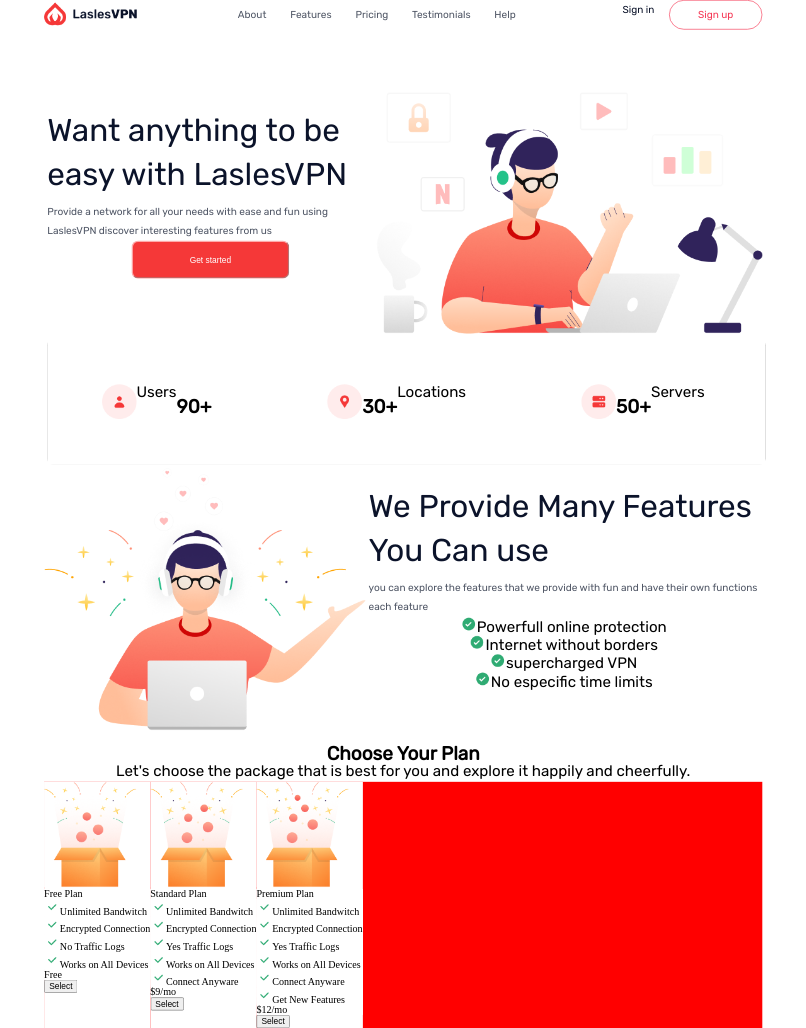
Repository: RaphaelMatheus-br/LP-251123
Page: index.html
The author's editor kept a copy of each file at every save. The page is drawn from the files as they stood at one save, then again after the next save.
The browser window is 1280 px wide. The pictures show the whole page, at 63% of full size.

Above is the page before, as saved 2023-11-25 16:13:34.

### index.html
<!DOCTYPE html>
<html lang="en">

<head>
    <meta charset="UTF-8">
    <meta name="viewport" content="width=device-width, initial-scale=1.0">
    <title>Document</title>
    <link rel="stylesheet" href="style.css">
    <link rel="preconnect" href="https://fonts.googleapis.com">
<link rel="preconnect" href="https://fonts.gstatic.com" crossorigin>
<link href="https://fonts.googleapis.com/css2?family=Rubik&display=swap" rel="stylesheet">
</head>

<body>

<section class="container">
    <header class="header">
        <div class="logo">
            <img src="./imagens/Logo.png" alt="logo">
        </div>
        <div class="item1">
            <a href="#" class="item">About</a>
	        <a href="#" class="item">Features</a>
	        <a href="#" class="item">Pricing</a>
            <a href="#" class="item">Testimonials</a>
            <a href="#" class="item">Help</a>
        </div>
        <div class="item2">
            <div class="head__botao">
                <button class="botao1">Sign in</a>
            </div>
            <div class="head__botao--2">
                <button class="botao2">Sign up</a>
            </div>
        </div>
    </header>
</section>

<section class="container flex">
    <div class="box1">
        <div class="item">
            <h1 class="sobre__titulo">Want anything to be easy with LaslesVPN</h1>
            <p class="sobre__descricao">Provide a network for all your needs with ease and fun using LaslesVPN discover interesting features from us</p>
            <button class="sobre__botao">Get started</button>
        </div>
        <div class="img">
            <img src="./imagens/Illustration 1.png" alt="ilutracao__1">
        </div>
    </div>
</section>

<section class="container">
    <div class="item">
        <div class="rectangle">
            <div class="icons">
                <div class="user">
                    <img src="./imagens/user.png" alt="user__img">
                    <p class="p__user">Users</p>
                    <h1 class="sobre__user">90+</h1>
                </div>
                <div class="location">
                    <img src="./imagens/location.png" alt="location">
                    <h1 class="sobre__location">30+</h1>
                    <p class="p__location">Locations</p>
                </div>
                <div class="server">
                    <img src="./imagens/Server.png" alt="server">
                    <h1 class="sobre__server">50+</h1>
                    <p class="p__server">Servers</p>
                </div>
            </div>
        </div>
    </div>
</section>

<section class="container flex">
    <div class="box2">
            <div class="img">
                <img src="./imagens/Illustration 2.png" alt="ilutracao__2">
            </div>

            <div class="item">
                <h1 class="sobre__titulo">We Provide Many Features You Can use</h1>
                <p class="sobre__descricao">you can explore the features that we provide with fun and have their own functions each feature</p>
                <ul class="list">
                    <li><img src="./imagens/check.png" alt="check">Powerfull online protection</img></li>
                    <li><img src="./imagens/check.png" alt="check">Internet without borders</img></li>
                    <li><img src="./imagens/check.png" alt="check">supercharged VPN</img></li>
                    <li><img src="./imagens/check.png" alt="check">No especific time limits</img></li>
                </ul>
            </div>
    </div>
</section>

<section class="container flex" class="sessao__tres">
    <div class="item">
        <div class="choose__plan">
            <h1>Choose Your Plan</h1>
            <p>Let's choose the package that is best for you and explore it happily and cheerfully.</p>
        </div>
    </div>
</section>

<section class="container">
    <div class="box3">
        <div class="free plan">
            <img src="./imagens/Free.png" alt="free">
            <h3>Free Plan</h3>
            <ul>
                <li><img src="./imagens/jam_check.png">Unlimited Bandwitch</li>
                <li><img src="./imagens/jam_check.png">Encrypted Connection</li>
                <li><img src="./imagens/jam_check.png">No Traffic Logs</li>
                <li><img src="./imagens/jam_check.png">Works on All Devices</li>
            </ul>
            <h2>Free</h2>
            <button class="price__botao">Select</button>
        </div>

        <div class="Standard plan">
            <img src="./imagens/Standard.png" alt="standard">
            <h3>Standard Plan</h3>
            <ul>
                <li><img src="./imagens/jam_check.png">Unlimited Bandwitch</li>
                <li><img src="./imagens/jam_check.png">Encrypted Connection</li>
                <li><img src="./imagens/jam_check.png">Yes Traffic Logs</li>
                <li><img src="./imagens/jam_check.png">Works on All Devices</li>
                <li><img src="./imagens/jam_check.png">Connect Anyware</li>
            </ul>
            <h2>$9/mo</h2>
            <button class="price__botao">Select</button>
        </div>

        <div class="Premium plan">
            <img src="./imagens/Premium.png" alt="premium">
            <h3>Premium Plan</h3>
            <ul>
                <li><img src="./imagens/jam_check.png">Unlimited Bandwitch</li>
                <li><img src="./imagens/jam_check.png">Encrypted Connection</li>
                <li><img src="./imagens/jam_check.png">Yes Traffic Logs</li>
                <li><img src="./imagens/jam_check.png">Works on All Devices</li>
                <li><img src="./imagens/jam_check.png">Connect Anyware</li>
                <li><img src="./imagens/jam_check.png">Get New Features</li>
            </ul>
            <h2>$12/mo</h2>
            <button class="price__botao">Select</button>
        </div>
    </div>
</section>

</body>
</html>

### style.css
html, body, div, span, applet, object, iframe,
h1, h2, h3, h4, h5, h6, p, blockquote, pre,
a, abbr, acronym, address, big, cite, code,
del, dfn, em, img, ins, kbd, q, s, samp,
small, strike, strong, sub, sup, tt, var,
b, u, i, center,
dl, dt, dd, ol, ul, li,
fieldset, form, label, legend,
table, caption, tbody, tfoot, thead, tr, th, td,
article, aside, canvas, details, embed,
figure, figcaption, footer, header, hgroup,
menu, nav, output, ruby, section, summary,
time, mark, audio, video {
	margin: 0;
	padding: 0;
	border: 0;
	font-size: 100%;
	font: inherit;
	vertical-align: baseline;
    background: white;
}
/* HTML5 display-role reset for older browsers */
article, aside, details, figcaption, figure,
footer, header, hgroup, menu, nav, section {
	display: block;
}
body {
	line-height: 1;
}

ol, ul {
	list-style: none;
}
blockquote, q {
	quotes: none;
}
blockquote:before, blockquote:after,
q:before, q:after {
	content: '';
	content: none;
}
table {
	border-collapse: collapse;
	border-spacing: 0;
}

.container {
    max-width: 1140px;
    margin: 0 auto;
    position: relative;
}

.header {
    display: flex;
    justify-content: space-between;
    align-items: center;
    width: 100%;
}
/* Flex Item */
.item {
	margin: 5px;
	text-align: center;
	font-size: 1.5em;
    font-family: Rubik;
}

.item1 {
    display:flex;
    align-items: center;
    justify-content: space-between;
    max-width: 451px;
    width: 100%;
}

.item1 a{
    color: #4F5665;
    font-family: Rubik;
    font-size: 16px;
    font-style: normal;
    font-weight: 400;
    line-height: normal;
    text-decoration: none;
}

.item2 {
display: flex;
justify-content: space-between;
max-width: 233px;
width: 100%;
}

.botao1 {
    color: #0B132A;
    font-family: Rubik;
    font-size: 16px;
    font-style: normal;
    font-weight: 500;
    line-height: normal;
    background-color: transparent;
    border: none;
}

.botao2{
    color: #F53855;
    font-family: Rubik;
    font-size: 16px;
    font-style: normal;
    font-weight: 500;
    line-height: normal;
    padding: 13px 45px;
    border-radius: 50px;
    border: 1px solid #F53855;
    background-color: transparent;
}

.head__botao {
    margin: 5px;
	text-align: center;
	font-size: 0.8em;
    font-weight: 700;
}

.head__botao a {
    color: #4F5665;
    font-family: Rubik;
    font-size: 16px;
    font-style: normal;
    font-weight: 400;
    line-height: normal;
    text-decoration: none;
}

h1 {
	text-align: center;
	margin: 20px 0 0 0;
	font-size: 1.25em;
	font-weight: 700;
}

.box1 {
    display: flex;
    margin-top: 100px;
}

.box2 {
    display: flex;
}

.sobre__titulo {
    font-weight: 700;
    color: #0B132A;
    font-family: Rubik;
    font-size: 50px;
    font-style: normal;
    font-weight: 500;
    line-height: 70px;
    text-align: left;
}

.sobre__descricao {
    color: #4F5665;
    font-family: Rubik;
    font-size: 16px;
    font-style: normal;
    font-weight: 400;
    line-height: 30px; /* 187.5% */
    text-align: left;
    margin-top: 10px;
}

.sobre__botao {
width: 250px;
height: 60px;
flex-shrink: 0;
border-radius: 10px;
border-color: rgba(255, 193, 193, 0.842);
background: #F53838;
color: white;
}

.rectangle {
display: flex;
width: 1140px;
height: 200px;
flex-shrink: 0;
border-radius: 10px;
background: gray;
border-color: white;
justify-content: space-between;
}

.icons {
width: 100%;
height: 100%;
flex-shrink: 0;
display: flex;
align-items: center;
position: absolute;
max-width: 100%;
justify-content: space-around;
background-color: none;
}

.user {
display: flex;;
margin-right: 20px;
margin-left: 10px;
}

.location {
display: flex;;
margin-right: 20px;
margin-left: 10px;
}

.server {
display: flex;;
margin-right: 20px;
margin-left: 10px;
}

.item__dois {
    flex-direction: row-reverse;
}

.sessao__tres{
    background-color: grey;
    align-content: center;
    padding-top: 50px;
}

.box3 {
    display: flex;
    background-color: red;
}

After the next save:
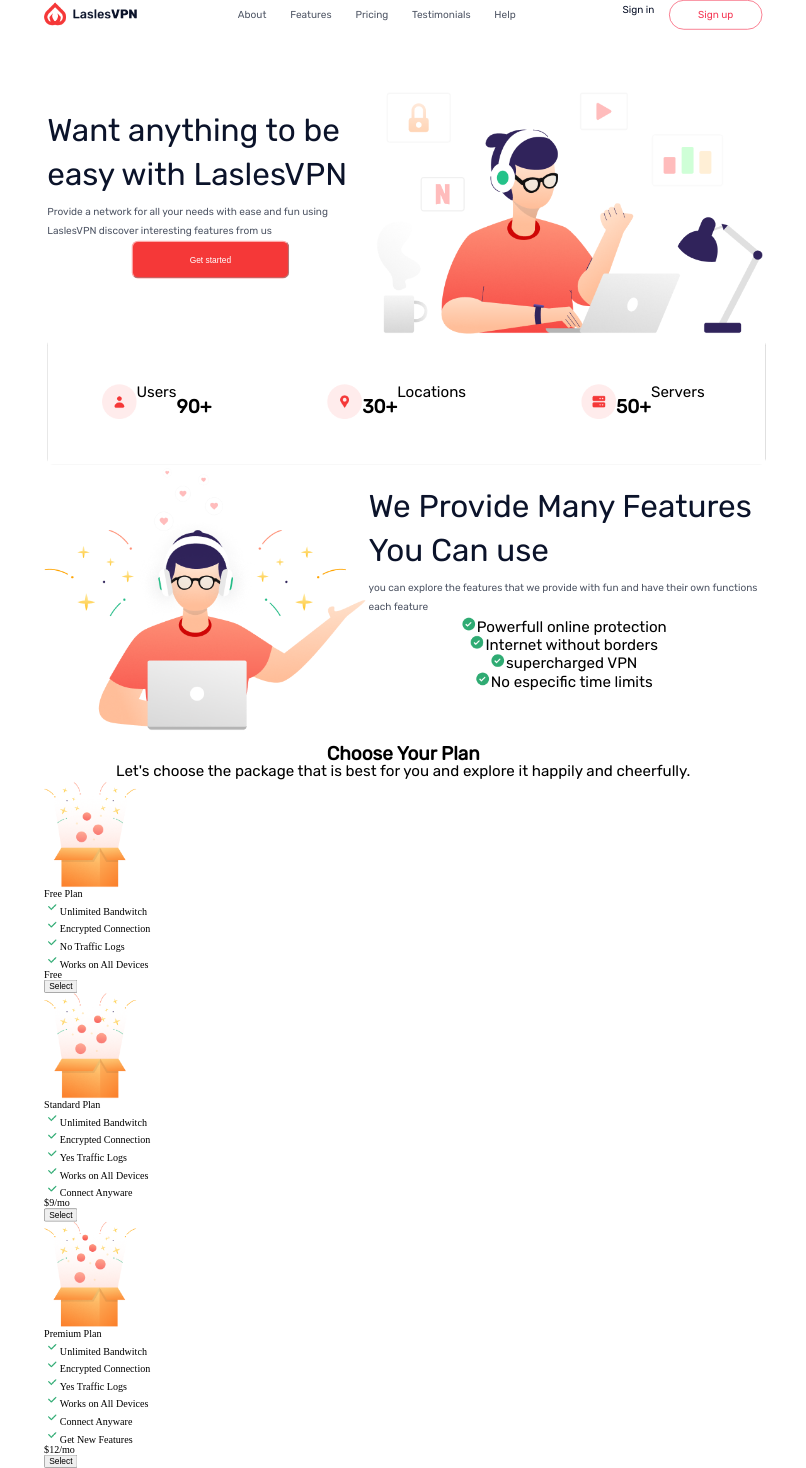
Saved 28 s later.
--- a/index.html
+++ b/index.html
@@ -102,7 +102,6 @@
 </section>
 
 <section class="container">
-    <div class="box3">
         <div class="free plan">
             <img src="./imagens/Free.png" alt="free">
             <h3>Free Plan</h3>
@@ -144,7 +143,6 @@
             <h2>$12/mo</h2>
             <button class="price__botao">Select</button>
         </div>
-    </div>
 </section>
 
 </body>

After the save that followed:
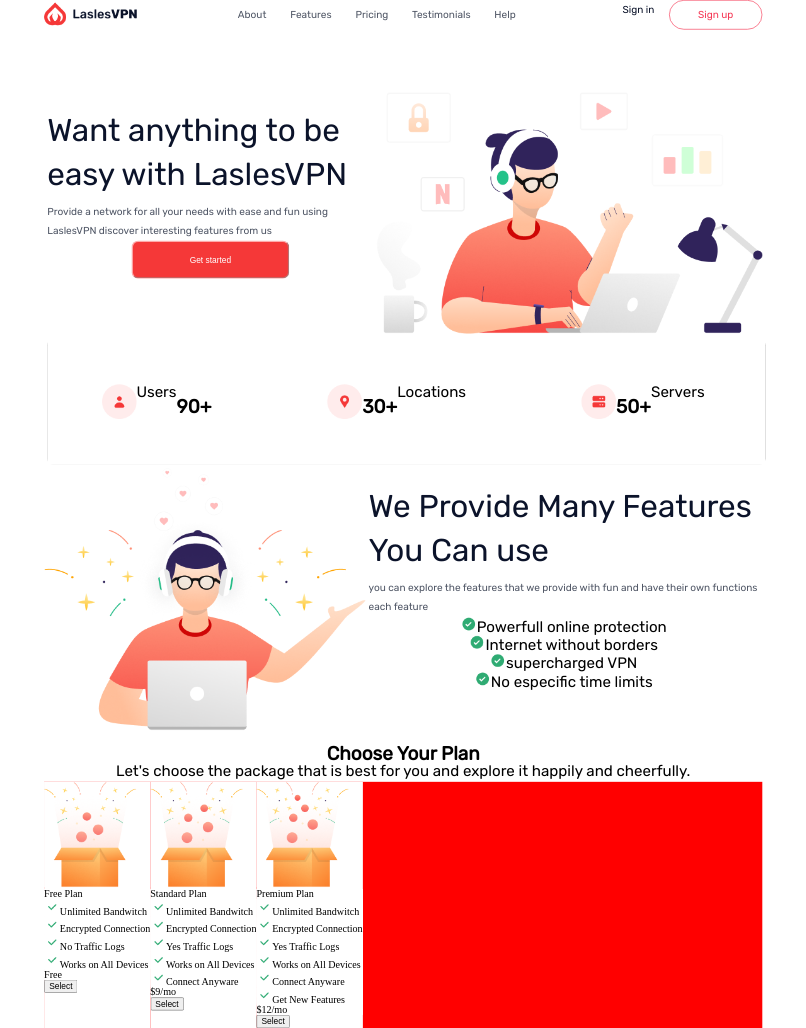
Saved 17 s later.
--- a/index.html
+++ b/index.html
@@ -102,6 +102,7 @@
 </section>
 
 <section class="container">
+    <div class="box3">
         <div class="free plan">
             <img src="./imagens/Free.png" alt="free">
             <h3>Free Plan</h3>
@@ -143,6 +144,7 @@
             <h2>$12/mo</h2>
             <button class="price__botao">Select</button>
         </div>
+    </div>
 </section>
 
 </body>
